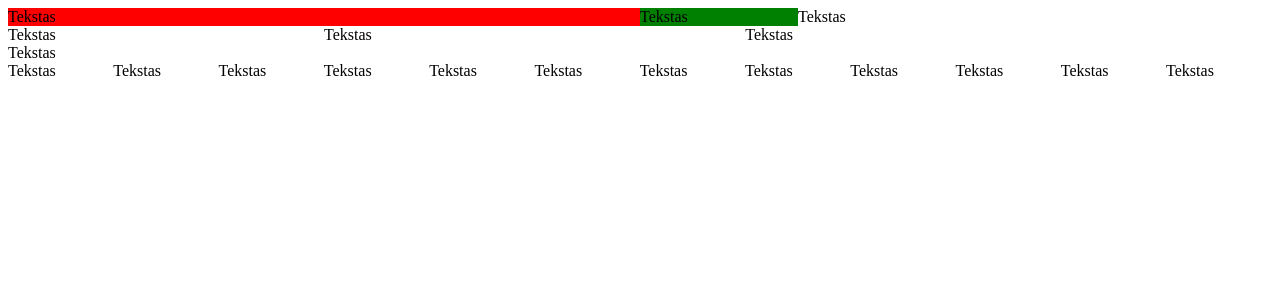
Repository: motiejus1/05-paskaita
Page: index.html
The author's editor kept a copy of each file at every save. The page is drawn from the files as they stood at one save, then again after a run of saves.
The browser window is 1280 px wide. The pictures show the whole page.

Above is the page before, as saved 2021-06-07 18:45:14.

### index.html
<!DOCTYPE html>
<html lang="en">
<head>
    <meta charset="UTF-8">
    <meta http-equiv="X-UA-Compatible" content="IE=edge">
    <meta name="viewport" content="width=device-width, initial-scale=1.0">
    <title>Pentoji paskaita</title>
    <style>
        * {
            box-sizing: border-box;
        }

        .col-1 {
            width: 8.33%;
        }

        .col-2 {
            width: 16.66%;
        }

        .col-3 {
            width: 25%;
        }

        .col-4 {
            width: 33.33%;
        }

        .col-5 {
            width: 41.66%;
        }

        .col-6 {
            width: 50%;
        }

        .col-7 {
            width: 58.33%;
        }

        .col-8 {
            width: 66.66%;
        }

        .col-9 {
            width:75%;
        }

        .col-10 {
            width: 83.33%;
        }

        .col-11 {
            width: 91.66%;
        }

        .col-12 {
            width: 100%;
        }

        [class*="col-"] {
            float:left;
        }

        .raudona {
            background-color: red;
        }

        .geltona {
            background-color: yellow;
        }

        .zalia {
            background-color: green;
        }

    </style>

</head>
<body>
    <div class="row">
        <div class="col-6 raudona">Tekstas</div>
        <div class="col-6 geltona>Tekstas</div>
    </div>

    <div class="row">
        <div class="col-3 zalia">Tekstas</div>
        <div class="col-9">Tekstas</div>
    </div>

    <div class="row">
        <div class="col-3">Tekstas</div>
        <div class="col-4">Tekstas</div>
        <div class="col-5">Tekstas</div>
    </div>

    <div class="row">
        <div class="col-12">Tekstas</div>
    </div>

    <div class="row">
        <div class="col-1">Tekstas</div>
        <div class="col-1">Tekstas</div>
        <div class="col-1">Tekstas</div>
        <div class="col-1">Tekstas</div>
        <div class="col-1">Tekstas</div>
        <div class="col-1">Tekstas</div>
        <div class="col-1">Tekstas</div>
        <div class="col-1">Tekstas</div>
        <div class="col-1">Tekstas</div>
        <div class="col-1">Tekstas</div>
        <div class="col-1">Tekstas</div>
        <div class="col-1">Tekstas</div>
    </div>



</body>
</html>

After the next 2 saves:
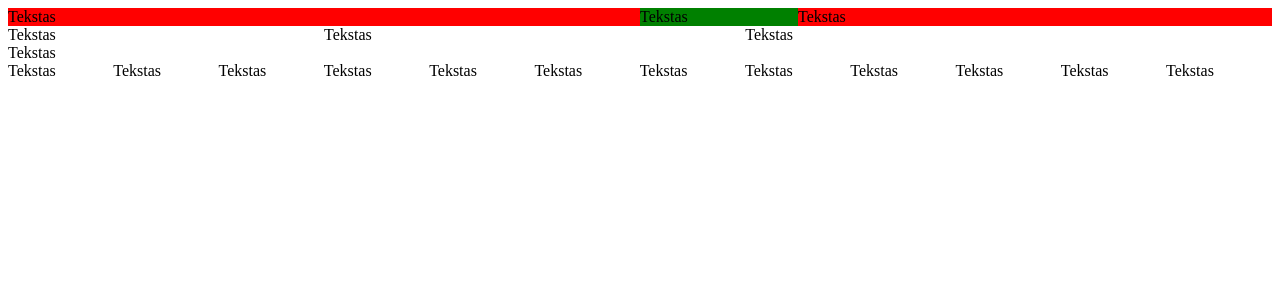
The 2 saves are shown as one change because they came seconds apart.
The last was saved 6 s later.
--- a/index.html
+++ b/index.html
@@ -85,11 +85,11 @@
 
     <div class="row">
         <div class="col-3 zalia">Tekstas</div>
-        <div class="col-9">Tekstas</div>
+        <div class="col-9 raudona">Tekstas</div>
     </div>
 
     <div class="row">
-        <div class="col-3">Tekstas</div>
+        <div class="col-3 ">Tekstas</div>
         <div class="col-4">Tekstas</div>
         <div class="col-5">Tekstas</div>
     </div>
